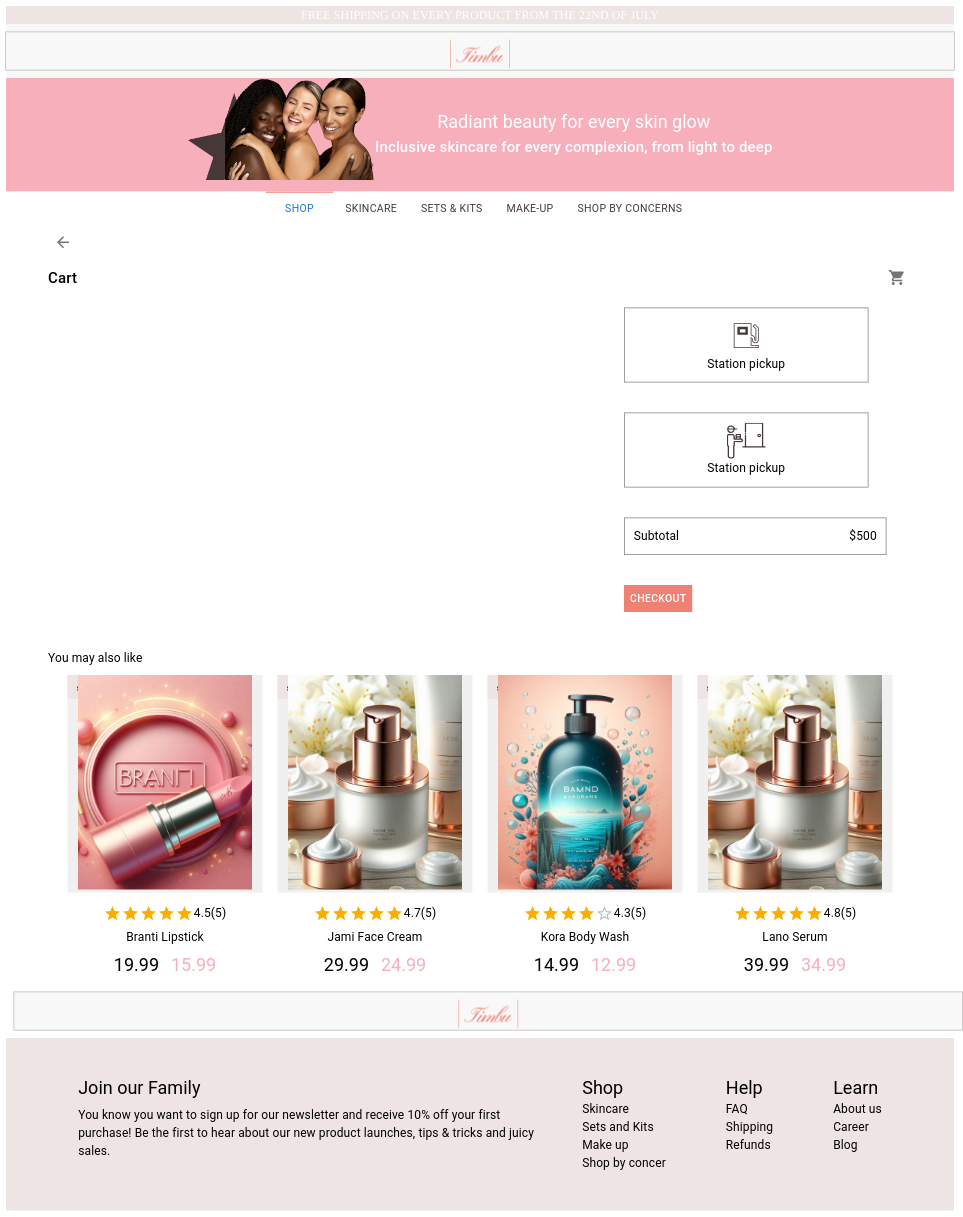
Repository: Armstrong2035/hng-project-two
Page: /cart (app in timbu-store/)
The author's editor kept a copy of each file at every save. The page is drawn from the files as they stood at one save, then again after a run of saves.
The browser window is 1280 px wide. The page is 1284 px wide, so the pictures cover 1284 px, including what lies to the right of the window. The pictures show the whole page, at 75% of full size.
The project was rebuilt for these pictures with package versions that can differ from the ones it lists, and the page was loaded fresh each time. The framework's server and built-in components were replaced by stand-ins that run in the browser. Also part of the build but not shown: timbu-store/next.config.mjs, timbu-store/src/app/fonts.css, timbu-store/components/Products/Filters.js, timbu-store/components/Products/FiltersMobile.js.

Above is the page before, as saved 2024-07-10 00:39:09.

### timbu-store/src/app/layout.js
"use client";

import "./fonts.css";
import { Html, Main, NextScript } from "next/document";
import Head from "next/head";

const metadata = {
  title: "Timbu Store",
  description: "We sell beauty",
};

export default function RootLayout({ children }) {
  return (
    <>
      <html>
        <Head>
          <title>{metadata.title}</title>
          <meta name="description" content={metadata.description} />
        </Head>
        <body>{children}</body>
      </html>
    </>
  );
}

### timbu-store/src/app/cart/page.js
"use client";
import React from "react";
import CartPage from "../../../components/checkout/cart/CartPage";
import Footer from "../../../components/footer/Footer";
import Header from "../../../components/header/Header";

export default function Page() {
  return (
    <>
      <Header />
      <CartPage />
      <Footer />
    </>
  );
}

### timbu-store/components/checkout/cart/CartPage.js
"use client";
import useStore from "@/store/store";
import Image from "next/image";
import doorDelivery from "../../../public/icons/door-delivery.svg";
import stationPickup from "../../../public/icons/station-pickup.svg";
import {
  Typography,
  Box,
  Stack,
  Grid,
  Button,
  Card,
  CardContent,
  Container,
  AppBar,
} from "@mui/material";
import React, { useState } from "react";
import Cart from "./Cart";
import Header from "../../header/Header";
import CartNav from "./CartNav";
import Link from "next/link";
import ProductRecommendations from "../../Products/ProductRecommendations";
export default function CartPage() {
  return (
    <>
      <Container>
        <CartNav />
        <Grid container>
          <Grid item className={"item"} xl={10} lg={8} md={6} sm={12} xs={12}>
            <Cart />
          </Grid>
          <Grid item xl={4} lg={4} md={6} sm={12} xs={12}>
            <Stack spacing={5}>
              <Box
                sx={{
                  border: "1px solid grey",
                  height: "98px",
                  width: "324px",
                  display: "flex",
                  flexDirection: "column",
                  alignItems: "center",
                  justifyContent: "center",
                }}
              >
                <Image alt={"station pickup"} src={stationPickup} />
                <Typography>Station pickup</Typography>
              </Box>

              <Box
                sx={{
                  border: "1px solid grey",
                  height: "98px",
                  width: "324px",
                  display: "flex",
                  flexDirection: "column",
                  alignItems: "center",
                  justifyContent: "center",
                }}
              >
                <Image alt={"door delivery"} src={doorDelivery} />
                <Typography>Station pickup</Typography>
              </Box>

              <Box
                sx={{
                  border: "1px solid grey",
                  width: "324px",
                  display: "flex",
                  flexDirection: "row",
                  alignItems: "center",
                  justifyContent: "space-between",
                  padding: "12px",
                }}
              >
                <Typography>Subtotal</Typography>
                <Typography>$500</Typography>
              </Box>
              <Link href={"/checkout"}>
                <Button
                  sx={{
                    backgroundColor: " #ED8174",
                    color: "#FFFFFF",
                    borderRadius: "0",
                    "&:hover": {
                      backgroundColor: "#C9675B",
                    },
                  }}
                >
                  Checkout
                </Button>
              </Link>
            </Stack>
          </Grid>
        </Grid>
        <ProductRecommendations />
      </Container>
    </>
  );
}

### timbu-store/components/footer/Footer.js
import React from "react";
import {
  Container,
  Grid,
  Typography,
  TextField,
  Button,
  AppBar,
  Toolbar,
  Box,
  Stack,
} from "@mui/material";
import TimbuStore from "../header/TimbuStore";

function Footer() {
  return (
    <>
      <TimbuStore />
      <Stack
        direction={"row"}
        spacing={5}
        alignItems={"center"}
        justifyContent={"center"}
        sx={{
          inTop: "2rem",
          backgroundColor: "#EEE4E3",
          height: "230px",
        }}
      >
        <Box sx={{ width: "50%" }}>
          <Stack>
            <Typography variant="h5" gutterBottom>
              Join our Family
            </Typography>
            <Typography variant="body1" paragraph>
              You know you want to sign up for our newsletter and receive 10%
              off your first purchase! Be the first to hear about our new
              product launches, tips & tricks and juicy sales.
            </Typography>
          </Stack>
        </Box>

        <Stack direction={"row"} spacing={10}>
          <Stack>
            <Typography variant={"h5"}>Shop</Typography>
            <Typography>Skincare</Typography>
            <Typography>Sets and Kits</Typography>
            <Typography>Make up</Typography>
            <Typography>Shop by concer</Typography>
          </Stack>
          <Stack>
            <Typography variant={"h5"}>Help</Typography>
            <Typography>FAQ</Typography>
            <Typography>Shipping</Typography>
            <Typography>Refunds</Typography>
          </Stack>
          <Stack>
            <Typography variant={"h5"}>Learn</Typography>
            <Typography>About us</Typography>
            <Typography>Career</Typography>
            <Typography>Blog</Typography>
          </Stack>
        </Stack>
      </Stack>
    </>
  );
}

export default Footer;

### timbu-store/components/header/Header.js
"use client";
import { AppBar, Typography, Box, Stack } from "@mui/material";
import React from "react";
import Image from "next/image";
import Group1 from "../../public/utility-images/Group1.png";
import TimbuStore from "./TimbuStore";
import Promotion from "./Promotion";
import SimpleTabs from "./NavBar";
import Filters from "../Products/Filters";
import { useTheme } from "@mui/material/styles";
import useMediaQuery from "@mui/material/useMediaQuery";
import FiltersMobile from "../Products/FiltersMobile";

export default function Header() {
  const theme = useTheme();
  const isDesktop = useMediaQuery(theme.breakpoints.up("lg"));

  return (
    <>
      <Stack alignItems={"center"}>
        <AppBar
          elevation={"none"}
          sx={{
            backgroundColor: "#F8F8F8",
            position: "relative",
            width: "100%",
          }}
        >
          <Stack alignItems={"center"}>
            <Promotion />
            <TimbuStore />
            <Stack
              alignItems={"center"}
              textAlign={"center"}
              direction={isDesktop ? "row" : "column-reverse"}
              justifyContent={"center"}
              sx={{ backgroundColor: "#F7AFBC", width: "100%" }}
            >
              <Box sx={{ width: "250.08px", height: "150.77px" }}>
                <Image
                  src={Group1}
                  alt={"group of women"}
                  layout="responsive"
                  width={100}
                  height={100}
                  objectFit="contain"
                />
              </Box>
              <Box>
                <Typography variant={"h5"}>
                  Radiant beauty for every skin glow
                </Typography>
                <Typography variant={"h6"}>
                  Inclusive skincare for every complexion, from light to deep
                </Typography>
              </Box>
            </Stack>
          </Stack>
        </AppBar>

        {!isDesktop && (
          <Box sx={{ alignSelf: "flex-start" }}>
            <FiltersMobile />
          </Box>
        )}

        {isDesktop && <SimpleTabs />}
      </Stack>
    </>
  );
}

### timbu-store/src/store/store.js
import { create } from "zustand";
import { persist } from "zustand/middleware";

const useStore = create(
  (set) => ({
    cart: [],
    addToCart: (item) => set((state) => ({ cart: [...state.cart, item] })),
  }),
  {
    name: "cart-storage",
  }
);

export default useStore;

### timbu-store/components/checkout/cart/Cart.js
"use client";
import React, { useState } from "react";
import useStore from "@/store/store";
import {
  Box,
  Grid,
  Stack,
  Card,
  CardContent,
  Typography,
  Button,
} from "@mui/material";
import Image from "next/image";

export default function Cart() {
  const [orderVolume, setOrderVolume] = useState(1);
  const cart = useStore((state) => state.cart);

  console.log(cart);
  return (
    <>
      <Stack spacing={10}>
        {cart.map((item) => (
          <Box
            key={item.id}
            className={"order summary"}
            style={{
              width: "100%",
              display: "flex",
              alignItems: "center",
              justifyContent: "space-between",
            }}
          >
            <Box sx={{ backgroundColor: "#F8F8F8" }}>
              <Stack direction={"row"} alignItems={"center"} spacing={2}>
                <Box
                  sx={{
                    display: "flex",
                    alignItems: "center",
                    justifyContent: "center",
                    backgroundColor: "#F1F0F0",
                    position: "relative",
                    "&:hover .add-to-cart": {
                      opacity: 1,
                    },

                    "&:hover": {
                      backgroundColor: "#E6DFDF",
                    },
                    width: "260px",
                    height: "290px",
                  }}
                  elevation={"none"}
                >
                  <div
                    style={{
                      width: "300",
                      height: "300",
                      position: "relative",
                      padding: "10px, 10px",
                    }}
                  >
                    <Image
                      src={item.imageUrl}
                      alt={item.productName}
                      layout="responsive"
                      width={500}
                      height={500}
                      objectFit="contain"
                    />
                  </div>
                </Box>
                <Box sx={{ padding: "16px" }}>
                  <Typography>{item.productName}</Typography>
                  <Box
                    sx={{
                      border: "1px solid #B2A6A6",
                      display: "flex",
                      flexDirection: "row",
                      alignItems: "center",
                      margin: "10px 0",
                    }}
                  >
                    <Button
                      sx={{ color: "#473838" }}
                      onClick={() =>
                        setOrderVolume(orderVolume > 1 ? orderVolume - 1 : 1)
                      }
                    >
                      -
                    </Button>
                    <Typography sx={{ padding: "0 10px" }}>
                      {orderVolume}
                    </Typography>
                    <Button
                      sx={{ color: "#473838" }}
                      onClick={() => setOrderVolume(orderVolume + 1)}
                    >
                      +
                    </Button>
                  </Box>

                  <Button sx={{ color: "#ED8174" }}>Remove</Button>
                </Box>
              </Stack>
            </Box>

            <Typography sx={{ margin: "auto 80px" }}>
              {item.discountPrice}
            </Typography>
          </Box>
        ))}
      </Stack>
    </>
  );
}

### timbu-store/components/checkout/cart/CartNav.js
"use client";

import { Box, Stack, Typography, IconButton } from "@mui/material";
import React from "react";
import ArrowBackIcon from "@mui/icons-material/ArrowBack";
import ShoppingCartIcon from "@mui/icons-material/ShoppingCart";
import Link from "next/link";

export default function CartNav() {
  return (
    <Box sx={{ width: "100%", paddingBottom: "20px" }}>
      <Link href={"/"}>
        <IconButton sx={{ paddingBottom: "15px" }}>
          <ArrowBackIcon />
        </IconButton>
      </Link>

      <Stack
        direction={"row"}
        justifyContent={"space-between"}
        alignItems="center"
      >
        <Typography variant="h6">Cart</Typography>
        <IconButton>
          <ShoppingCartIcon />
        </IconButton>
      </Stack>
    </Box>
  );
}

### timbu-store/components/Products/ProductRecommendations.js
"use client";
import { inventory } from "@/products";
import {
  Container,
  Grid,
  Box,
  Chip,
  Stack,
  Typography,
  Rating,
} from "@mui/material";
import Link from "next/link";
import Image from "next/image";
import React from "react";

export default function ProductRecommendations() {
  const recommendations = inventory.slice(0, 4);
  return (
    <Stack alignItems={"center"} sx={{ paddingTop: "50px" }}>
      <Typography sx={{ alignSelf: "flex-start" }}>
        You may also like
      </Typography>
      <Box
        sx={{
          display: "flex",
          flexDirection: "row",
          flexWrap: "wrap",
          alignItems: "center",
          justifyContent: "center",
        }}
      >
        {recommendations.map((product, index) => (
          <Box
            key={product.productName}
            sx={{
              margin: "10px 10px",
            }}
          >
            <Stack direction={"column"} spacing={2}>
              <Link
                href={`/product/${encodeURIComponent(product.productName)}`}
              >
                <Box
                  sx={{
                    display: "flex",
                    alignItems: "center",
                    justifyContent: "center",
                    backgroundColor: "#F1F0F0",
                    position: "relative",
                    "&:hover .add-to-cart": {
                      opacity: 1,
                    },

                    "&:hover": {
                      backgroundColor: "#E6DFDF",
                    },
                    width: "260px",
                    height: "290px",
                  }}
                  elevation={"none"}
                >
                  <Chip
                    label={"sale"}
                    sx={{
                      position: "absolute",
                      top: "0",
                      left: "0",
                      borderRadius: "0",
                      backgroundColor: "#EEE4E3",
                    }}
                  />

                  <div
                    style={{
                      width: "300",
                      height: "300",
                      position: "relative",
                      padding: "10px, 10px",
                    }}
                  >
                    <Image
                      src={product.imageUrl}
                      alt={product.productName}
                      layout="responsive"
                      width={500}
                      height={500}
                      objectFit="contain"
                    />
                  </div>

                  <Box
                    className="add-to-cart"
                    sx={{
                      backgroundColor: "#ED8174",
                      color: "white",
                      position: "absolute",
                      bottom: 0,
                      width: "100%",
                      height: "50px",
                      display: "flex",
                      justifyContent: "center",
                      alignItems: "center",
                      opacity: 0,
                      transition: "opacity 0.3s",
                      cursor: "pointer",
                      "&:hover": {
                        backgroundColor: "#C9675B",
                      },
                    }}
                    onClick={(e) => {
                      e.stopPropagation();
                      e.preventDefault();
                      addToCart(product);
                    }}
                  >
                    Add To Cart
                  </Box>
                </Box>
              </Link>

              <Box>
                <Stack spacing={1} alignItems={"center"}>
                  <Stack direction={"row"}>
                    <Rating name="read-only" value={product.rating} readOnly />
                    <Typography>{`${product.rating}(5)`}</Typography>
                  </Stack>
                  <Typography>{`${product.productName}`}</Typography>
                  <Stack spacing={2} direction={"row"}>
                    <Typography variant={"h5"}>{`${product.price}`}</Typography>

                    <Typography
                      variant={"h5"}
                      sx={{ color: "#F7AFBC" }}
                    >{`${product.discountPrice}`}</Typography>
                  </Stack>
                </Stack>
              </Box>
            </Stack>
          </Box>
        ))}
      </Box>
    </Stack>
  );
}

### timbu-store/components/header/TimbuStore.js
"use client";

import Image from "next/image";
import Timbu from "../../public/utility-images/Timbu.png";
import Link from "next/link";

export default function TimbuStore() {
  return (
    <div
      style={{
        width: "100%",
        backgroundColor: "#F8F8F8",
        display: "flex",
        justifyContent: "center",
        alignItems: "center",
        padding: "10px 0",
        border: "1px solid #BCBABA",
        margin: "10px",
      }}
    >
      <Link href={"/"}>
        <div style={{ width: "80px", height: "30px" }}>
          <Image
            src={Timbu}
            alt={"timbu store logo"}
            layout="responsive"
            width={50}
            height={50}
            objectFit="contain"
          />
        </div>
      </Link>
    </div>
  );
}

### timbu-store/components/header/Promotion.js
"use client";

import { Typography, Box } from "@mui/material";
import React from "react";

export default function Promotion() {
  return (
    <>
      <Box
        sx={{
          display: "flex",
          alignItems: "center",
          justifyContent: "center",
          width: "100%",
          backgroundColor: "#EEE4E3",
          padding: "15px, 0",
        }}
      >
        <Typography sx={{ fontFamily: "kanit-regular" }}>
          FREE SHIPPING ON EVERY PRODUCT FROM THE 22ND OF JULY
        </Typography>
      </Box>
    </>
  );
}

### timbu-store/components/header/NavBar.js
import React, { useState } from "react";
import { Tabs, Tab, Typography, Box } from "@mui/material";

function TabPanel(props) {
  const { children, value, index, ...other } = props;

  return (
    <div
      role="tabpanel"
      hidden={value !== index}
      id={`simple-tabpanel-${index}`}
      aria-labelledby={`simple-tab-${index}`}
      {...other}
    >
      {value === index && <Typography>{children}</Typography>}
    </div>
  );
}

export default function SimpleTabs() {
  const [value, setValue] = useState(0);

  const handleChange = (event, newValue) => {
    setValue(newValue);
  };

  return (
    <Box>
      <Tabs
        value={value}
        onChange={handleChange}
        TabIndicatorProps={{
          style: {
            top: 0,
            bottom: "auto",
            backgroundColor: "#ED8174",
          },
        }}
        sx={{
          "& .MuiTab-root": {
            fontWeight: "normal",
          },
          "& .Mui-selected": {
            color: "#473838",
            fontWeight: "normal",
          },
        }}
      >
        <Tab
          label="Shop"
          sx={{
            color: " #473838",
            fontWeight: "normal",
          }}
        />
        <Tab
          label="Skincare"
          sx={{
            color: " #473838",
            fontWeight: "normal",
          }}
        />
        <Tab
          label="Sets & Kits"
          sx={{
            color: " #473838",
            fontWeight: "normal",
          }}
        />
        <Tab
          label="Make-up"
          sx={{
            color: " #473838",
            fontWeight: "normal",
          }}
        />
        <Tab
          label="Shop by Concerns"
          sx={{
            color: " #473838",
            fontWeight: "normal",
          }}
        />
      </Tabs>
    </Box>
  );
}

Loaded but not shown: timbu-store/src/products.js (254 lines, source omitted)

After the next 2 saves:
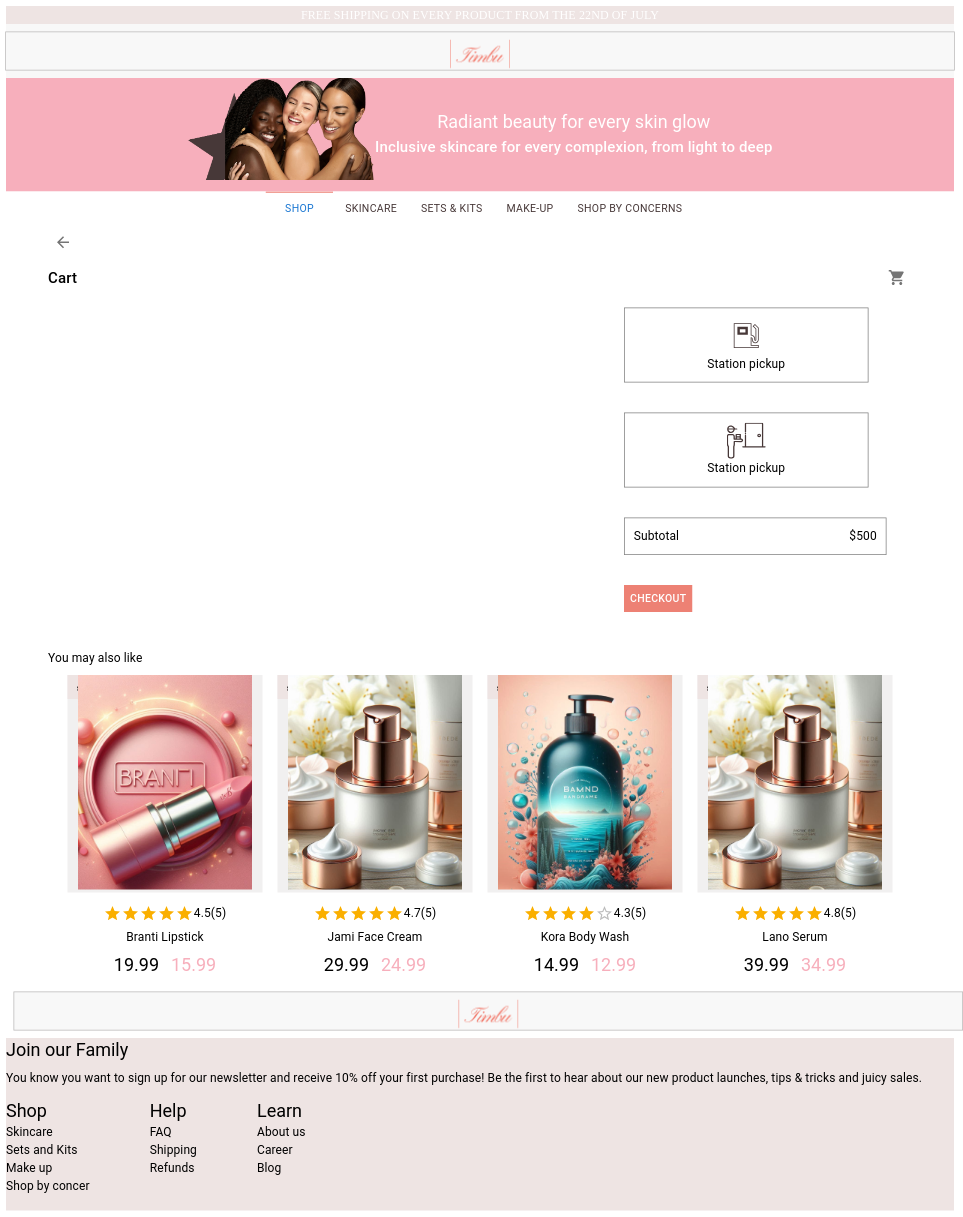
The 2 saves are shown as one change because 1 did not build or start.
The last was saved 5 min 28 s later.
--- a/timbu-store/components/footer/Footer.js
+++ b/timbu-store/components/footer/Footer.js
@@ -16,18 +16,14 @@ function Footer() {
   return (
     <>
       <TimbuStore />
-      <Stack
-        direction={"row"}
-        spacing={5}
-        alignItems={"center"}
-        justifyContent={"center"}
+      <Box
         sx={{
           inTop: "2rem",
           backgroundColor: "#EEE4E3",
           height: "230px",
         }}
       >
-        <Box sx={{ width: "50%" }}>
+        <Grid container>
           <Stack>
             <Typography variant="h5" gutterBottom>
               Join our Family
@@ -38,30 +34,30 @@ function Footer() {
               product launches, tips & tricks and juicy sales.
             </Typography>
           </Stack>
-        </Box>
 
-        <Stack direction={"row"} spacing={10}>
-          <Stack>
-            <Typography variant={"h5"}>Shop</Typography>
-            <Typography>Skincare</Typography>
-            <Typography>Sets and Kits</Typography>
-            <Typography>Make up</Typography>
-            <Typography>Shop by concer</Typography>
+          <Stack direction={"row"} spacing={10}>
+            <Stack>
+              <Typography variant={"h5"}>Shop</Typography>
+              <Typography>Skincare</Typography>
+              <Typography>Sets and Kits</Typography>
+              <Typography>Make up</Typography>
+              <Typography>Shop by concer</Typography>
+            </Stack>
+            <Stack>
+              <Typography variant={"h5"}>Help</Typography>
+              <Typography>FAQ</Typography>
+              <Typography>Shipping</Typography>
+              <Typography>Refunds</Typography>
+            </Stack>
+            <Stack>
+              <Typography variant={"h5"}>Learn</Typography>
+              <Typography>About us</Typography>
+              <Typography>Career</Typography>
+              <Typography>Blog</Typography>
+            </Stack>
           </Stack>
-          <Stack>
-            <Typography variant={"h5"}>Help</Typography>
-            <Typography>FAQ</Typography>
-            <Typography>Shipping</Typography>
-            <Typography>Refunds</Typography>
-          </Stack>
-          <Stack>
-            <Typography variant={"h5"}>Learn</Typography>
-            <Typography>About us</Typography>
-            <Typography>Career</Typography>
-            <Typography>Blog</Typography>
-          </Stack>
-        </Stack>
-      </Stack>
+        </Grid>
+      </Box>
     </>
   );
 }
